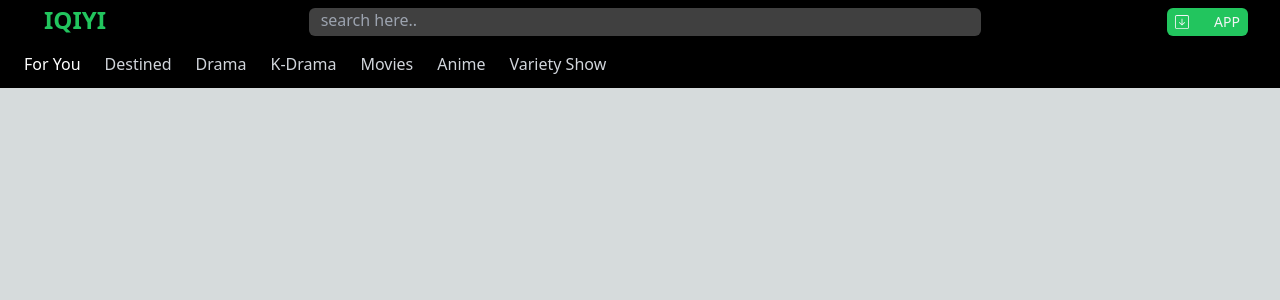
Repository: cozocozy/iqiyi-clone
Page: /
The author's editor kept a copy of each file at every save. The page is drawn from the files as they stood at one save, then again after the next save.
The browser window is 1280 px wide. The pictures show the whole page.
The project was rebuilt for these pictures with package versions that can differ from the ones it lists, and the page was loaded fresh each time. The framework's server and built-in components were replaced by stand-ins that run in the browser. Also part of the build but not shown: next.config.js.

Above is the page before, as saved 2023-07-16 10:42:30.

### pages/index.tsx
import Head from "next/head";
import Header from "./components/Header";

export default function Home() {
  return (
    <main>
      <Head>
        <title>IQIYI - watch Asian drama shows anime movie free online</title>
        <meta name="description" content="CLONE OF IQIYI WEBSITE" />
      </Head>
      <Header />
    </main>
  );
}

### styles/globals.css
@tailwind base;
@tailwind components;
@tailwind utilities;

:root {
  --foreground-rgb: 0, 0, 0;
  --background-start-rgb: 214, 219, 220;
  --background-end-rgb: 255, 255, 255;
}

@media (prefers-color-scheme: dark) {
  :root {
    --foreground-rgb: 255, 255, 255;
    --background-start-rgb: 0, 0, 0;
    --background-end-rgb: 0, 0, 0;
  }
}
.container-snap::-webkit-scrollbar {
  display: none;
}

body {
  color: rgb(var(--foreground-rgb));
  background: linear-gradient(to bottom, transparent, rgb(var(--background-end-rgb))) rgb(var(--background-start-rgb));
}

@layer components {
  .pages {
    @apply hover:text-green-500;
  }
}

### pages/components/Header.tsx
import React from "react";
import { BsArrowDownSquare, BsSearch } from "react-icons/bs";
import { AiOutlineMenu } from "react-icons/ai";
import Link from "next/link";
type Props = {};

function Header({}: Props) {
  return (
    <div className="fixed top-0 z-50 bg-black w-full">
      <div className="flex justify-between items-center py-1 ">
        <div className="flex ml-4 mx-3 lg:hidden">
          <AiOutlineMenu size={20} className="mt-2" />
          <h3 className="text-2xl text-green-500 font-bold ml-2 ">IQIYI</h3>
        </div>
        <div className="flex justify-center items-center w-full mt-1 ">
          <button className="">
            <BsSearch />
          </button>
          <input className="rounded rounded-md bg-neutral-700 w-full max-w-2xl pl-3 pb-1" placeholder="search here.." autoComplete="off"></input>
        </div>
        <button className="flex flex-row mr-8 p-2 mt-1 rounded rounded-md w-24 h-7 justify-between mx-3 bg-green-500 text-gray-100 items-center">
          <div className="">
            <BsArrowDownSquare size={14} />
          </div>
          <p className="text-sm">APP</p>
        </button>
      </div>
      <div className="flex flex-row  p-3 overflow-x-auto container-snap whitespace-nowrap space-x-6 ml-3 text-gray-300">
        <Link href="#" className="text-white pages">
          For You
        </Link>
        <Link href="#" className=" pages">
          Destined
        </Link>
        <Link href="#" className=" pages">
          Drama
        </Link>
        <Link href="#" className=" pages">
          K-Drama
        </Link>
        <Link href="#" className=" pages">
          Movies
        </Link>
        <Link href="#" className=" pages">
          Anime
        </Link>
        <Link href="#" className=" pages">
          Variety Show
        </Link>
      </div>
    </div>
  );
}

export default Header;

### tailwind.config.js
/** @type {import('tailwindcss').Config} */
module.exports = {
  content: ["./pages/**/*.{js,ts,jsx,tsx,mdx}", "./components/**/*.{js,ts,jsx,tsx,mdx}", "./app/**/*.{js,ts,jsx,tsx,mdx}"],
  theme: {
    extend: {
      backgroundImage: {
        "gradient-radial": "radial-gradient(var(--tw-gradient-stops))",
        "gradient-conic": "conic-gradient(from 180deg at 50% 50%, var(--tw-gradient-stops))",
      },
    },
    screens: {
      tablet: "<-640px",
      // => @media (min-width: 640px) { ... }

      laptop: "1024px",
      // => @media (min-width: 1024px) { ... }

      desktop: "1280px",
      // => @media (min-width: 1280px) { ... }
    },
  },
  plugins: [],
};

Loaded but not shown: pages/_app.tsx (common file); pages/_document.tsx (common file)

After the next save:
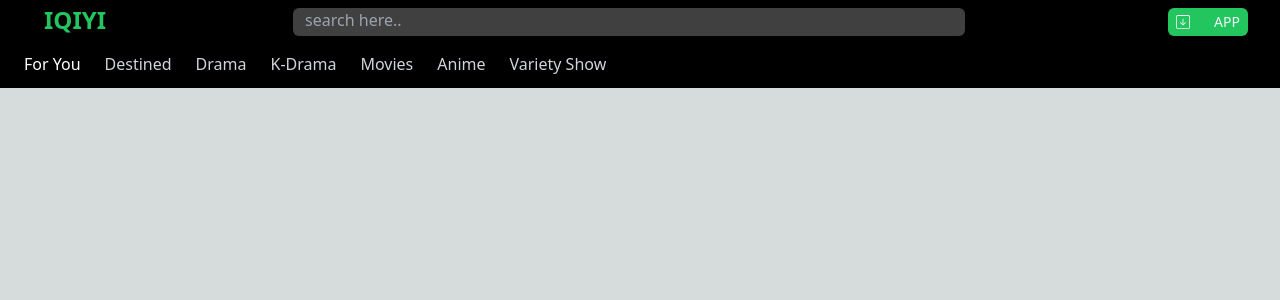
Saved 13 s later.
--- a/pages/components/Header.tsx
+++ b/pages/components/Header.tsx
@@ -13,11 +13,11 @@
           <h3 className="text-2xl text-green-500 font-bold ml-2 ">IQIYI</h3>
         </div>
         <div className="flex justify-center items-center w-full mt-1 ">
-          <button className="">
-            <BsSearch />
-          </button>
           <input className="rounded rounded-md bg-neutral-700 w-full max-w-2xl pl-3 pb-1" placeholder="search here.." autoComplete="off"></input>
         </div>
+        <button className="">
+          <BsSearch />
+        </button>
         <button className="flex flex-row mr-8 p-2 mt-1 rounded rounded-md w-24 h-7 justify-between mx-3 bg-green-500 text-gray-100 items-center">
           <div className="">
             <BsArrowDownSquare size={14} />
